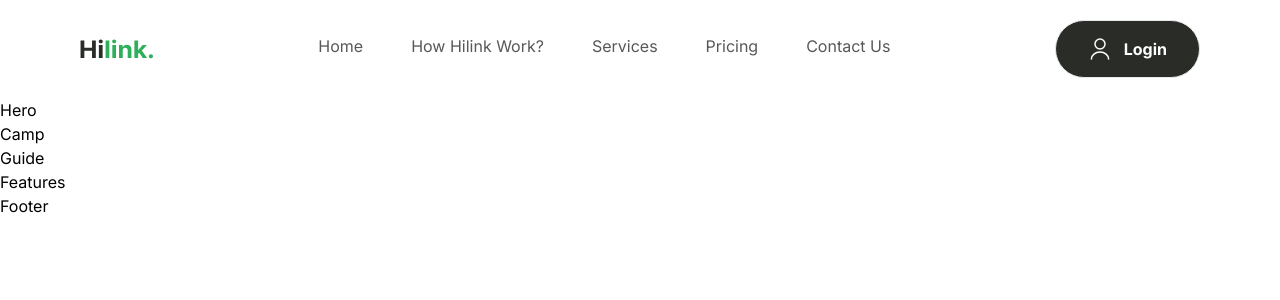
Repository: SouthpawC0der/Modern-reactsite
Page: /
These files come from the project's save history. The page is drawn as it stood at one moment and after the next save; the edit follows.
The browser window is 1280 px wide. The pictures show the whole page.
The project was rebuilt for these pictures with package versions that can differ from the ones it lists, and the page was loaded fresh each time. The framework's server and built-in components were replaced by stand-ins that run in the browser. Also part of the build but not shown: next.config.ts.

Above is the page before, as saved 2025-01-30 10:57:56.

After the next save:
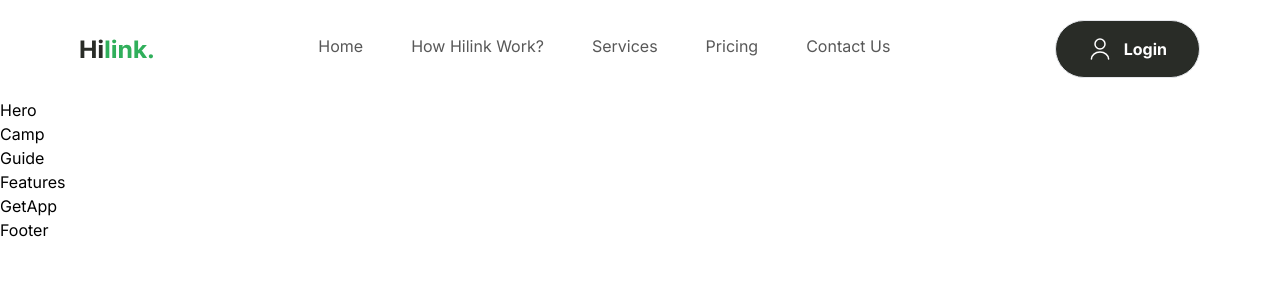
Saved 13 s later.
--- a/app/page.tsx
+++ b/app/page.tsx
@@ -1,5 +1,6 @@
 import Camp from "@/components/Camp";
 import Features from "@/components/Features";
+import GetApp from "@/components/GetApp";
 import Guide from "@/components/Guide";
 import Hero from "@/components/Hero";
 import Image from "next/image";
@@ -11,6 +12,7 @@ export default function Home() {
     <Camp />
     <Guide />
     <Features />
+    <GetApp />
     </>
   );
 }
